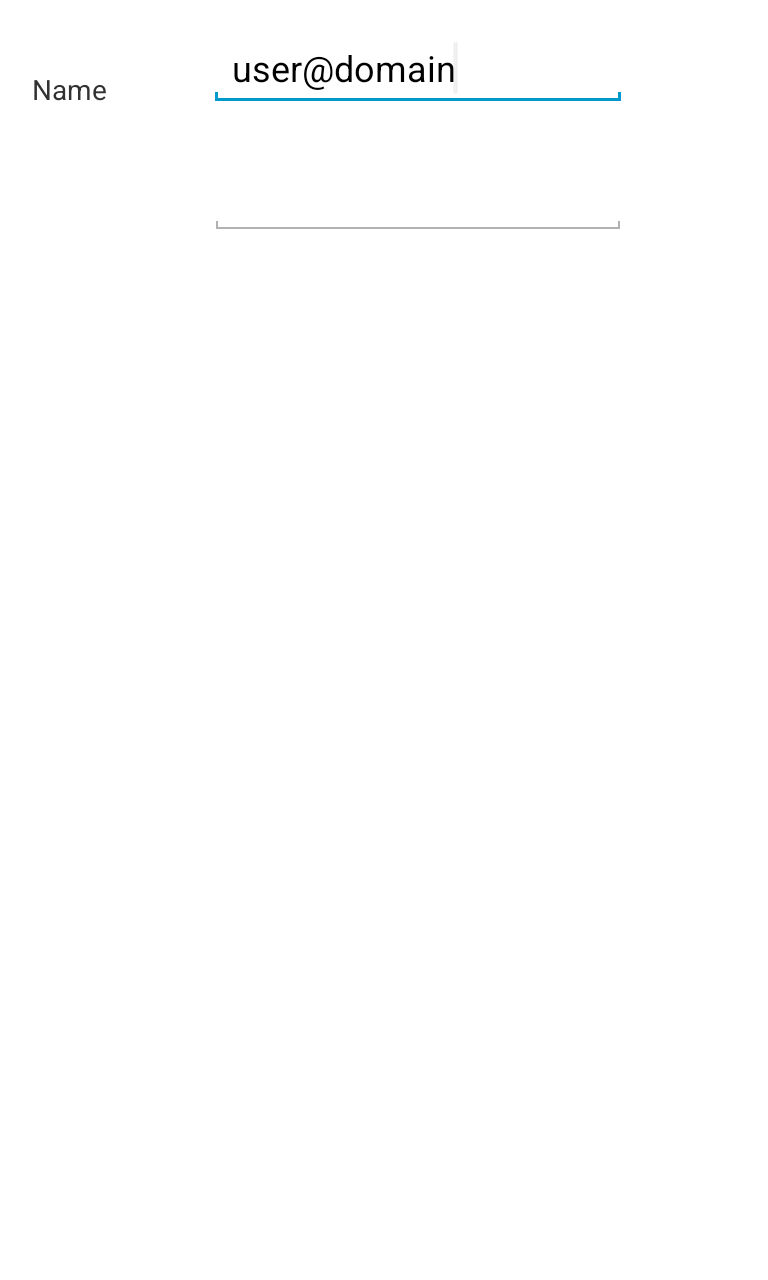
Repository: srikraj8341/srikanthrepo
Layout: android/MyFirstApp/res/layout/activity_main.xml
An editor plug-in stored every save of this project. The layout is shown before and after the next save, followed by the edit.
It is drawn on a 768 x 1280 px phone screen (xhdpi) without system bars, with theme AppTheme; the app's code is not run.

Above is the layout before, as saved 2012-09-22 06:36:34.

After the next save:
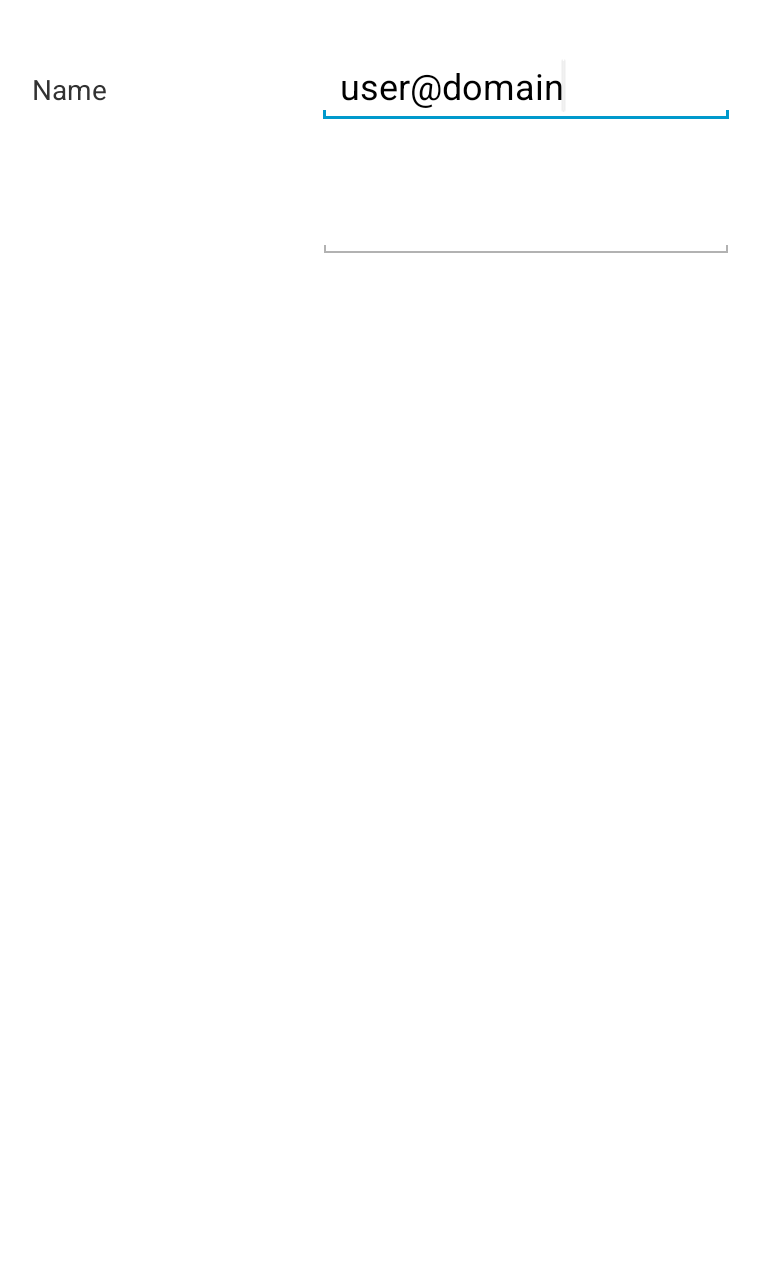
Saved 49 s later.
--- a/android/MyFirstApp/res/layout/activity_main.xml
+++ b/android/MyFirstApp/res/layout/activity_main.xml
@@ -1,9 +1,9 @@
 <RelativeLayout xmlns:android="http://schemas.android.com/apk/res/android"
     xmlns:tools="http://schemas.android.com/tools"
-     android:layout_width="fill_parent"
-     android:layout_height="fill_parent"
-     android:paddingLeft="16dp"
-     android:paddingRight="16dp">
+    android:layout_width="fill_parent"
+    android:layout_height="fill_parent"
+    android:paddingLeft="16dp"
+    android:paddingRight="16dp" >
 
     <TextView
         android:id="@+id/textView3"
@@ -13,14 +13,13 @@
         android:layout_marginTop="35dp"
         android:text="@string/User_name" />
 
-
     <EditText
         android:id="@+id/editText1"
         android:layout_width="wrap_content"
         android:layout_height="wrap_content"
+        android:layout_alignBaseline="@+id/textView3"
         android:layout_alignBottom="@+id/textView3"
-        android:layout_alignLeft="@+id/textView3"
-        android:layout_marginLeft="88dp"
+        android:layout_alignParentRight="true"
         android:ems="10"
         android:inputType="textEmailAddress"
         android:text="@string/textEmailAddress" >
@@ -33,8 +32,8 @@
         android:layout_width="wrap_content"
         android:layout_height="wrap_content"
         android:layout_alignRight="@+id/editText1"
-        android:layout_below="@+id/textView3"
-        android:layout_marginTop="25dp"
+        android:layout_below="@+id/editText1"
+        android:layout_marginTop="28dp"
         android:ems="10"
         android:inputType="textPassword" />
 
